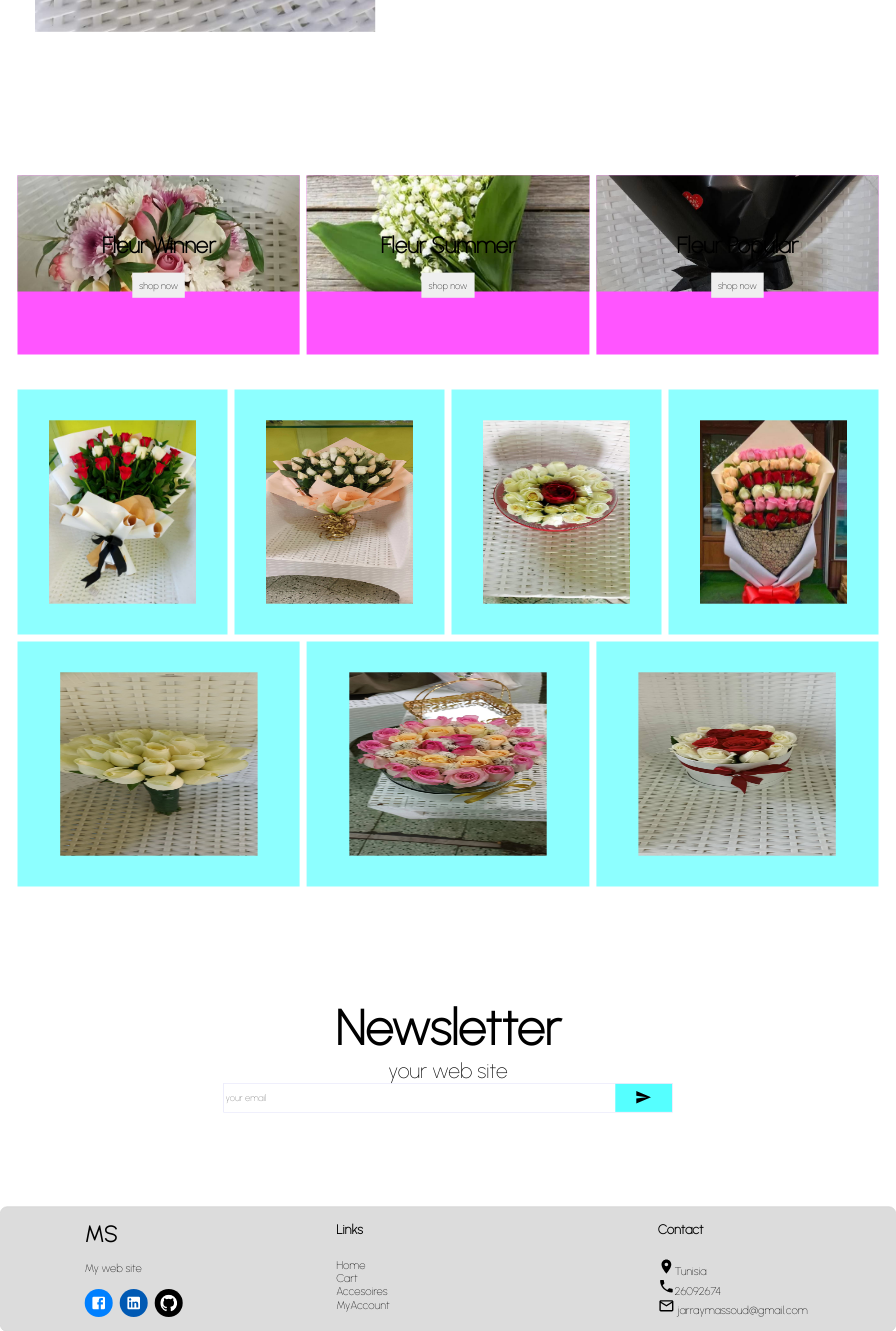
Repository: jarraymassaoud/react-web
Page: /
An editor plug-in stored every save of this project. The page is shown before and after the next save, followed by the edit.
The browser window is 1280 px wide. The pictures show the part of the page from y = 729 to 2649 px (the page is 2631 px tall before and 3279 px after), at 70% of full size.
The project was rebuilt for these pictures with package versions that can differ from the ones it lists, and the page was loaded fresh each time. Also part of the build but not shown: src/pages/Cart.jsx, src/pages/Login.jsx, src/pages/Bunch.jsx.

Above is the page before, as saved 2022-05-31 08:15:53.

After the next save:
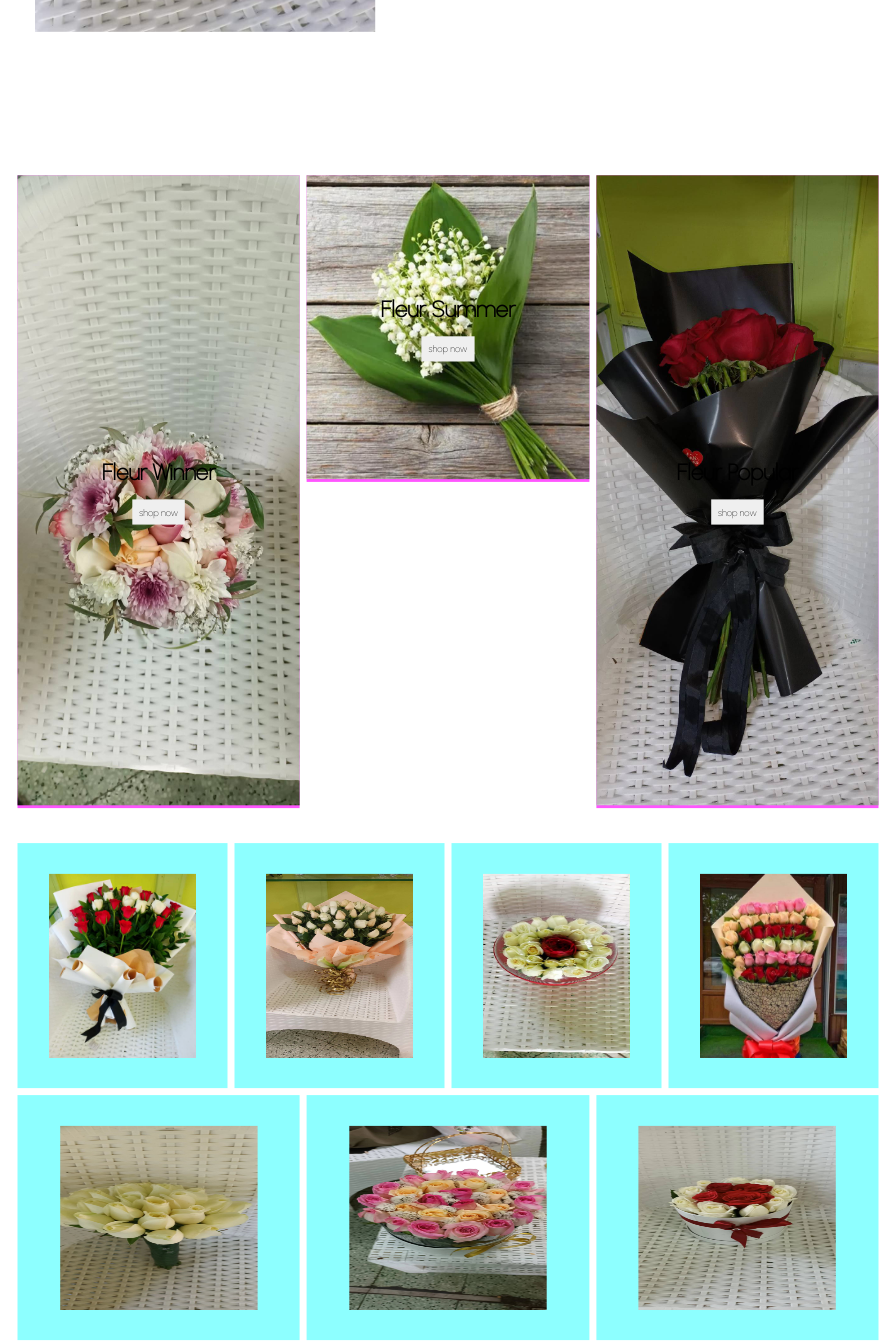
Saved 19 s later.
--- a/src/components/CategoryItem.jsx
+++ b/src/components/CategoryItem.jsx
@@ -4,7 +4,7 @@ import styled from "styled-components";
 const Container = styled.div`
   flex: 1;
   margin: 5px;
-  height: 20vw;
+  height: 50%;
   background-color: #f5f;
 
   position: relative;
